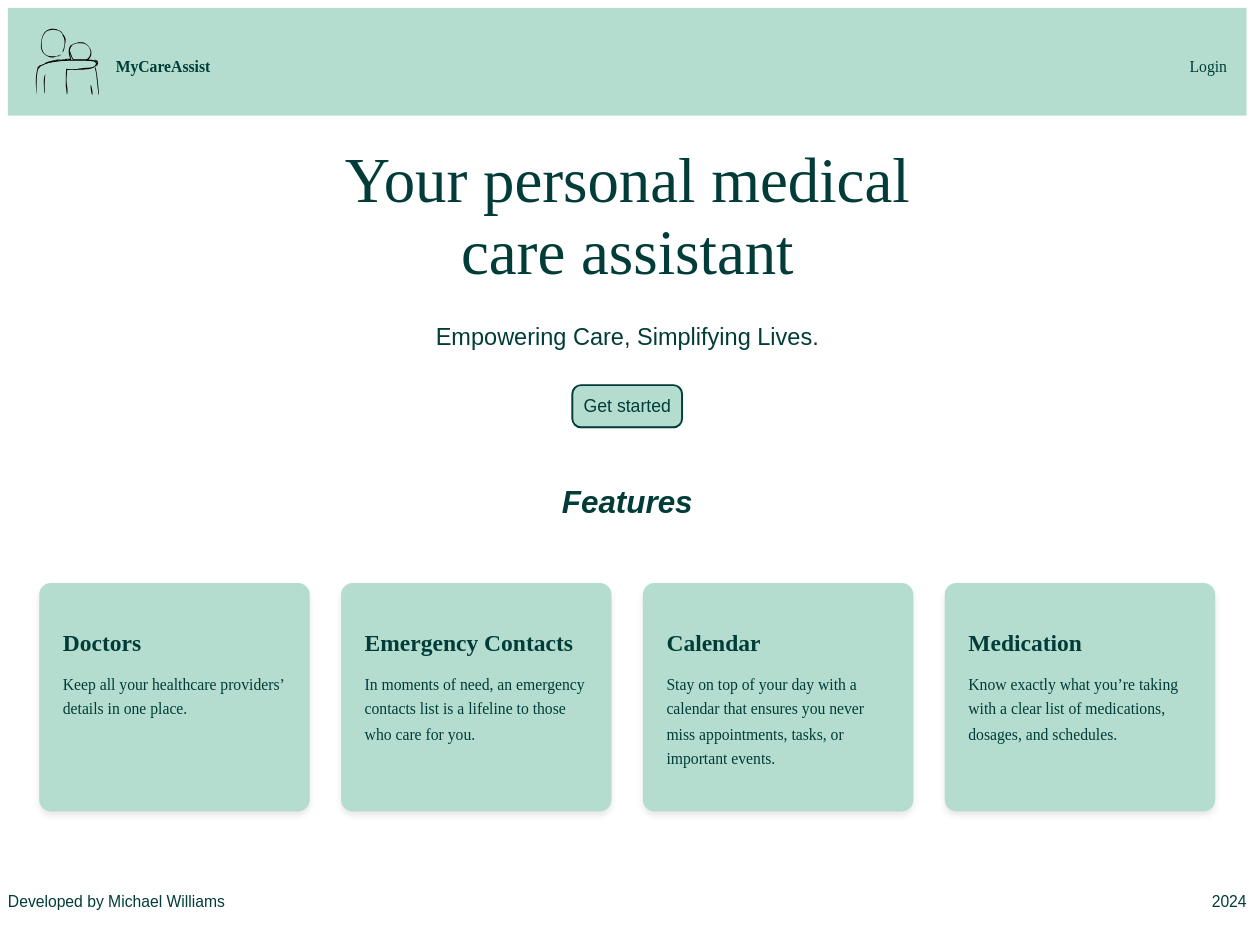
Repository: MWilliams-26/MyCareAssist-frontend
Page: /
The author's editor kept a copy of each file at every save. The page is drawn from the files as they stood at one save, then again after the next save.
The browser window is 1280 px wide. The pictures show the whole page, at 98% of full size.
The project was rebuilt for these pictures with package versions that can differ from the ones it lists, and the page was loaded fresh each time. Also part of the build but not shown: vite.config.js, src/components/App/App.css, src/components/ProtectedRoute/ProtectedRoute.jsx, src/hooks/useForm.js, src/components/SetupProfileModal/SetupProfileModal.jsx, src/components/DoctorsModal/DoctorsModal.jsx, src/components/EmergencyContactsModal/EmergencyContacts.jsx, src/components/CreateEventFormModal/CreateEventFormModal.css and 5 more.

Above is the page before, as saved 2024-12-09 00:56:20.

After the next save:
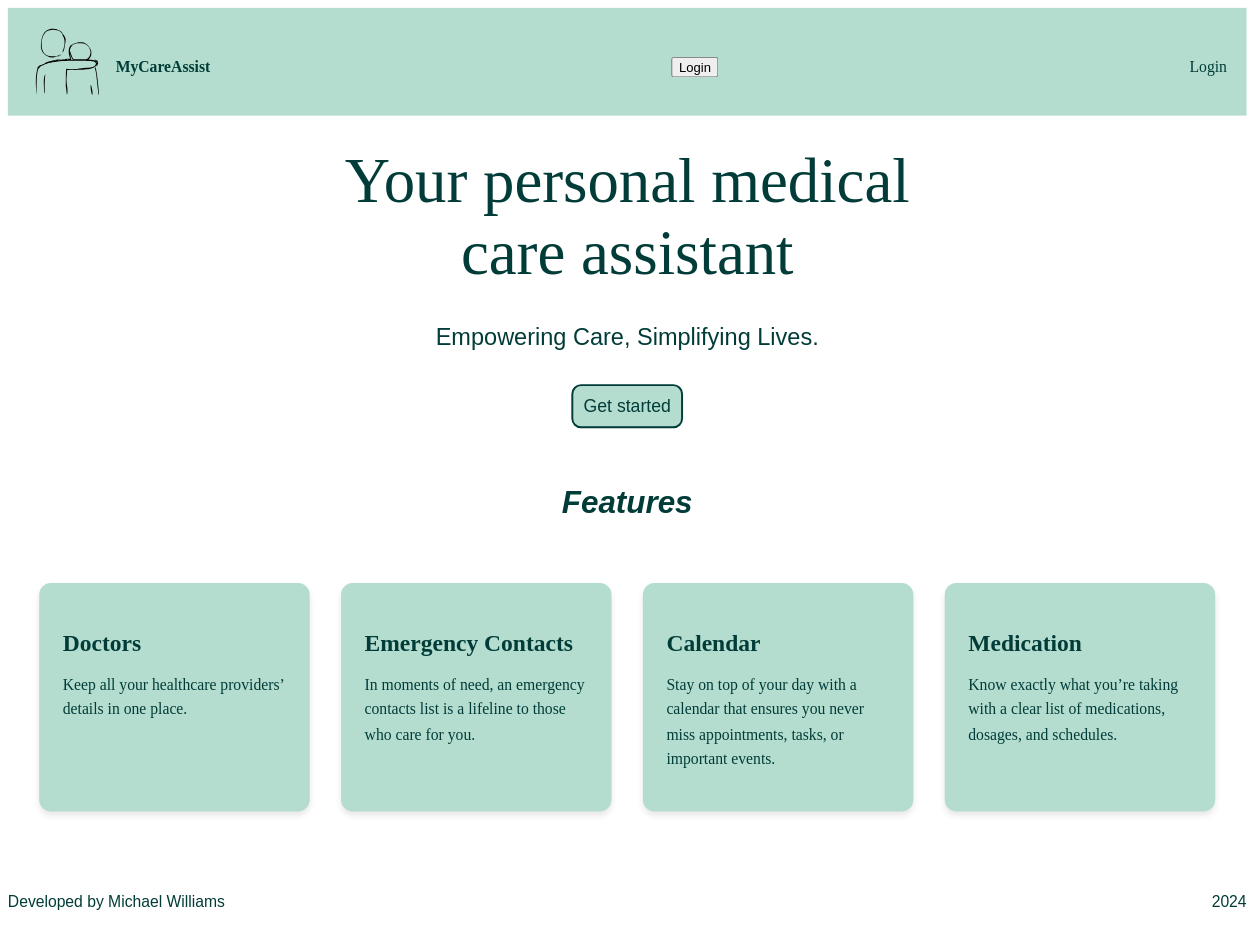
Saved 12 s later.
--- a/src/components/Header/Header.jsx
+++ b/src/components/Header/Header.jsx
@@ -13,7 +13,23 @@ function Header({ handleLoginClick, isLoggedIn, handleLogout }) {
         </h1>
       </div>
 
-
+      {!isLoggedIn ? (
+        <button
+          type="button"
+          onClick={handleLoginClick}
+          className="header__button"
+        >
+          Login
+        </button>
+      ) : (
+        <button
+          type="button"
+          onClick={handleLogout}
+          className="header__button"
+        >
+          Logout
+        </button>
+      )}
 
 
       <div className="header__auth-container">
